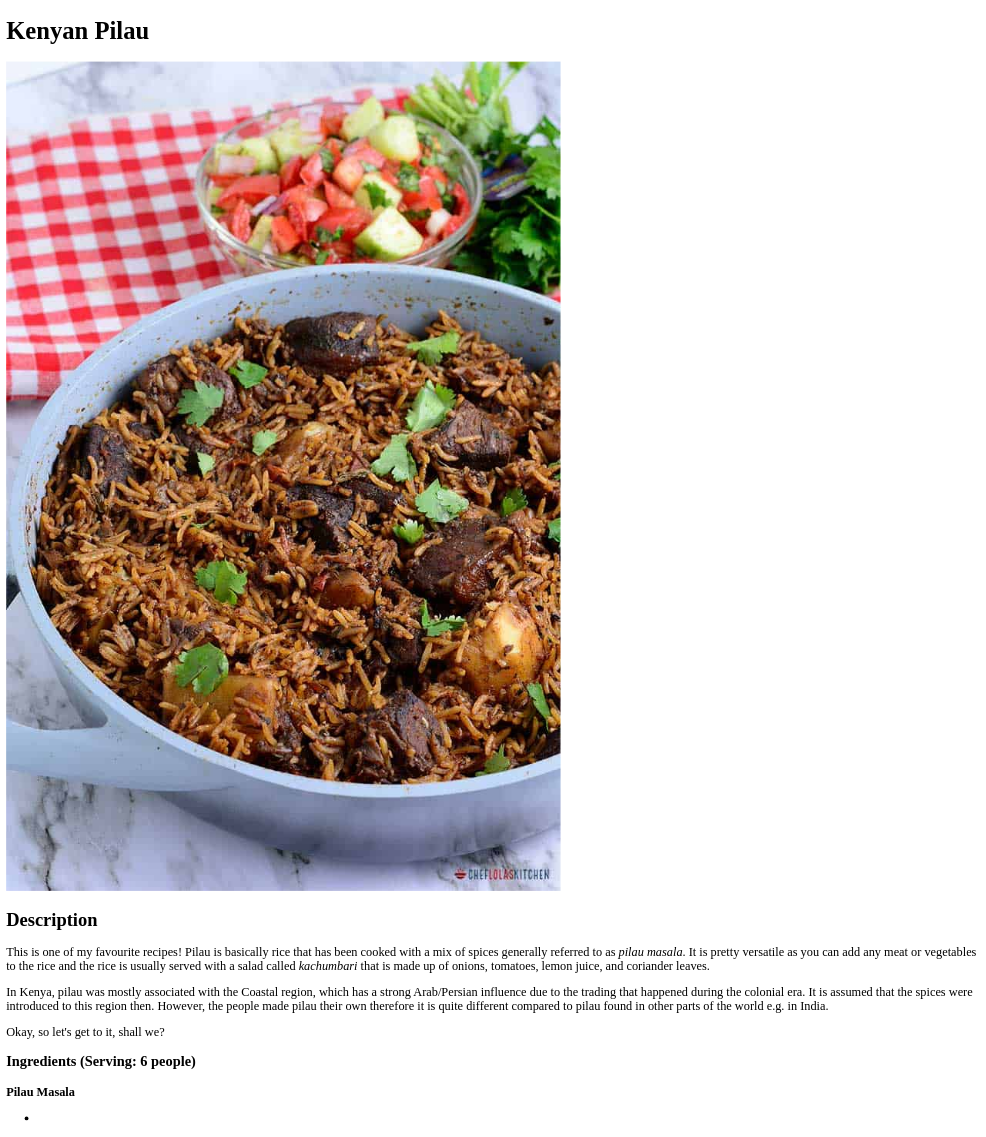
Repository: IanaAmke/odin-recipes
Page: recipes/pilau.html
These files come from the project's save history. The page is drawn as it stood at one moment and after the next save; the edit follows.
The browser window is 1280 px wide. The pictures show the whole page, at 77% of full size.

Above is the page before, as saved 2022-06-05 18:35:12.

### recipes/pilau.html
<!DOCTYPE html>
<html lang="en-GB">

<head>
    <meta charset="UTF-8">
    <title>Pilau Recipe</title>
</head>

<body>
    <h1>Kenyan Pilau</h1>

    <img src="./img/pilau.jpg" alt="beef pilau rice with potatoes">

    <h2>Description</h2>

    <p>This is one of my favourite recipes! Pilau is basically rice that has been cooked with a mix of spices generally referred to as <i>pilau masala</i>. It is pretty versatile as you can add any meat or vegetables to the rice and the rice is usually served
        with a salad called <i>kachumbari</i> that is made up of onions, tomatoes, lemon juice, and coriander leaves.</p>

    <p>In Kenya, pilau was mostly associated with the Coastal region, which has a strong Arab/Persian influence due to the trading that happened during the colonial era. It is assumed that the spices were introduced to this region then. However, the people
        made pilau their own therefore it is quite different compared to pilau found in other parts of the world e.g. in India.</p>

    <p>Okay, so let's get to it, shall we?</p>

    <h3>Ingredients (Serving: 6 people)</h3>

    <p><strong>Pilau Masala</strong></p>

    <ul>
        <li></li>
    </ul>

</body>

</html>

After the next save:
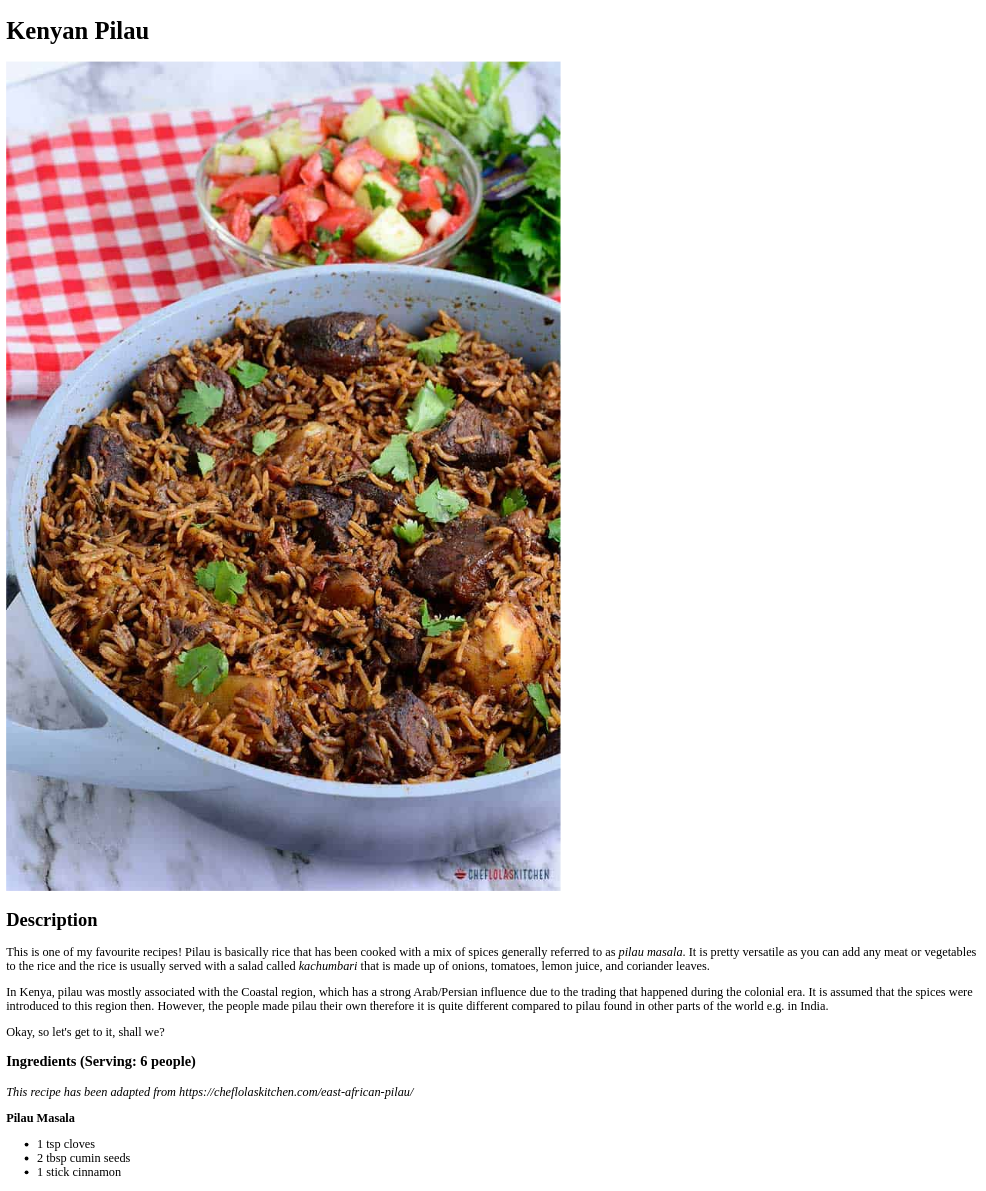
Saved 106 s later.
--- a/recipes/pilau.html
+++ b/recipes/pilau.html
@@ -22,11 +22,13 @@
     <p>Okay, so let's get to it, shall we?</p>
 
     <h3>Ingredients (Serving: 6 people)</h3>
+    <p><em>This recipe has been adapted from https://cheflolaskitchen.com/east-african-pilau/</em></p>
 
     <p><strong>Pilau Masala</strong></p>
-
     <ul>
-        <li></li>
+        <li>1 tsp cloves</li>
+        <li>2 tbsp cumin seeds</li>
+        <li>1 stick cinnamon </li>
     </ul>
 
 </body>
